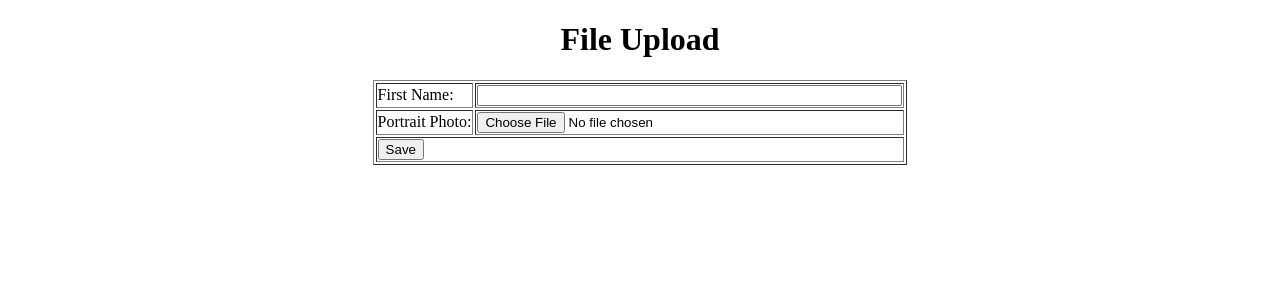
Repository: jungmintaeng/mini-ucampus
Page: http://localhost/ucam/UpSetting.jsp
An editor plug-in stored every save of this project. The page is shown before and after the next save, followed by the edit.
The browser window is 1280 px wide. The pictures show the whole page.
The page is served by Tomcat 9.

Above is the page before, as saved 2016-06-11 04:11:59.

After the next save:
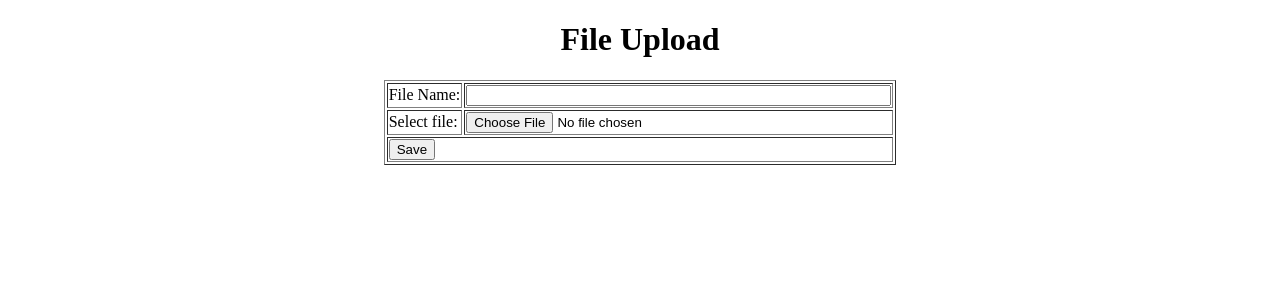
Saved 70 s later.
--- a/ucam/WebContent/UpSetting.jsp
+++ b/ucam/WebContent/UpSetting.jsp
@@ -13,11 +13,11 @@
         <form method="post" action="uploadServlet" enctype="multipart/form-data">
             <table border="1">
                 <tr>
-                    <td>First Name: </td>
+                    <td>File Name: </td>
                     <td><input type="text" name="fileName" size="50"/></td>
                 </tr>
                 <tr>
-                    <td>Portrait Photo: </td>
+                    <td>Select file: </td>
                     <td><input type="file" name="file" size="50"/></td>
                 </tr>
                 <tr>
